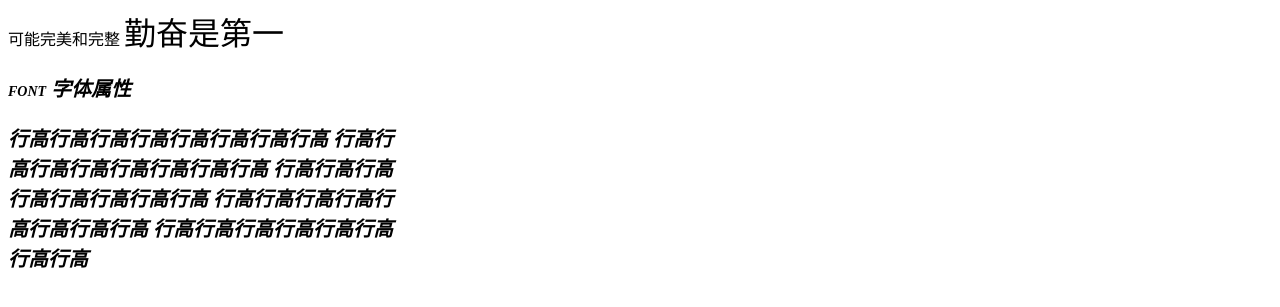
Repository: yuquan1006/-
Page: 02_css/demo.html
An editor plug-in stored every save of this project. The page is shown before and after the next save, followed by the edit.
The browser window is 1280 px wide. The pictures show the whole page.

Above is the page before, as saved 2023-06-26 10:51:46.

After the next save:
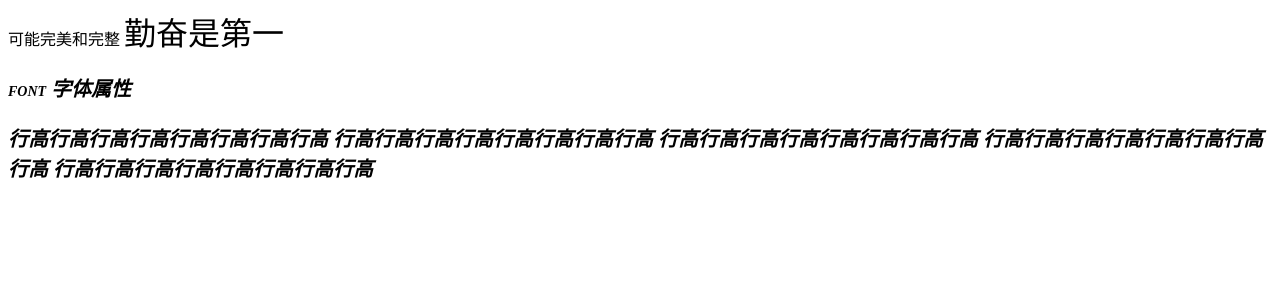
Saved 4 s later.
--- a/02_css/demo.html
+++ b/02_css/demo.html
@@ -27,10 +27,10 @@
             margin: 0px;
             padding: 0px;
         } */
-        p{
+        /* p{
             width: 400px;
             line-height: 30px;
-        }
+        } */
 
 
     </style>
